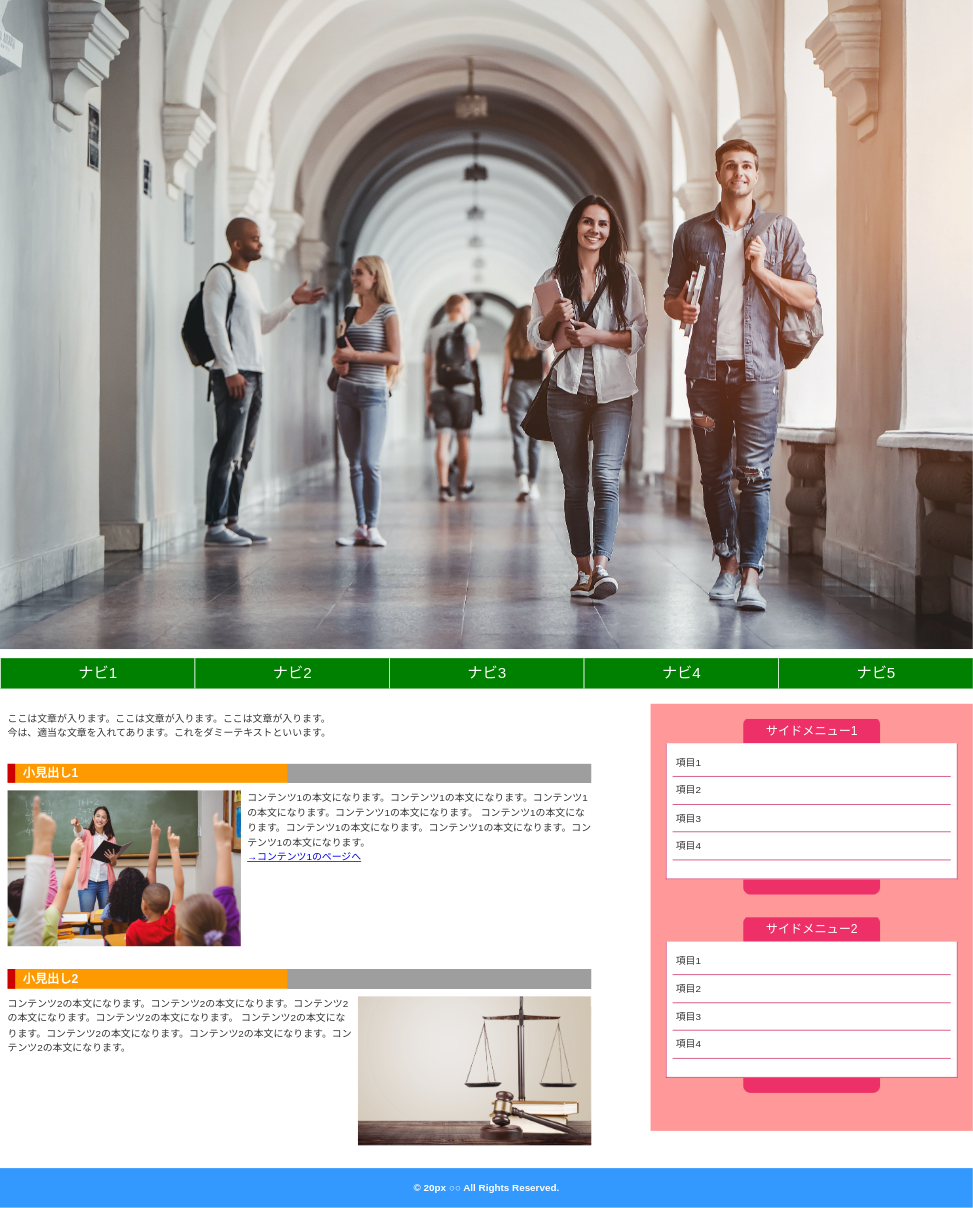
Repository: otanaoyuki/samurai_HTML-CSS
Page: home.html
The author's editor kept a record of every edit. The page is drawn from the files as they stood at one moment, then again after the next edit.
The browser window is 1280 px wide. The pictures show the whole page, at 76% of full size.
The pointer rests on the first visible `#side .box .boxBody ul li`.
Pictures or frames that could not be fetched are drawn as grey boxes.

Above is the page before.

### home.html
<!DOCTYPE html>
<html lang="ja">
    <head>
        <meta charset="UTF-8">
        <title>HTML/CSSの学習</title>
        <link rel="stylesheet" href="stylesheet.css">
    </head>
    <body>
        <div id="header">
            <h1><a href="index.html"><img id="corridor" src="images/corridor.jpg" alt="大学の廊下"/></a></h1>
        </div>
        <div id="wrapper">
            <div id="navi">
                <ul>
                    <li><a href="home.html">ナビ1</a></li>
                    <li><a href="#">ナビ2</a></li>
                    <li><a href="#">ナビ3</a></li>
                    <li><a href="#">ナビ4</a></li>
                    <li><a href="#">ナビ5</a></li>
                </ul>
            </div>
            <div id="container">
                <div id="main">
                    <div class="post">
                        <p>ここは文章が入ります。ここは文章が入ります。ここは文章が入ります。<br />今は、適当な文章を入れてあります。これをダミーテキストといいます。</p>
                    </div>
                    <div class="post clearfix">
                        <h2>小見出し1</h2>
                        <img class="left" src="images/classroom.jpg" alt="授業風景" />
                        <p>
                            コンテンツ1の本文になります。コンテンツ1の本文になります。コンテンツ1の本文になります。コンテンツ1の本文になります。
                            コンテンツ1の本文になります。コンテンツ1の本文になります。コンテンツ1の本文になります。コンテンツ1の本文になります。
                        </p>
                        <p><a href="#">→コンテンツ1のページへ</a></p>
                    </div>
                    <div class="post clearfix">
                        <h2>小見出し2</h2>
                        <img class="right" src="images/scale.jpg" alt="天秤" />
                            <p>
                                コンテンツ2の本文になります。コンテンツ2の本文になります。コンテンツ2の本文になります。コンテンツ2の本文になります。
                                コンテンツ2の本文になります。コンテンツ2の本文になります。コンテンツ2の本文になります。コンテンツ2の本文になります。
                            </p>
                    </div>
                </div>
                <div id="side">
                    <div class="box">
                        <h2>サイドメニュー1</h2>
                        <div class ="boxBody">
                            <ul>
                                <li>項目1</li>
                                <li>項目2</li>
                                <li>項目3</li>
                                <li>項目4</li>
                            </ul>
                        </div>
                    </div>
                    <div class="box">
                        <h2>サイドメニュー2</h2>
                        <div class="boxBody">
                            <ul>
                                <li>項目1</li>
                                <li>項目2</li>
                                <li>項目3</li>
                                <li>項目4</li>
                            </ul>
                        </div>
                    </div>
                </div>
            </div>
        </div>
        <div id="footer">
            <p>&copy; 20px ○○ All Rights Reserved.</p>
        </div>
    </body>
</html>

### stylesheet.css
@charset "utf-8";

body {
	margin: 0;
	padding: 0;
	font-family: "ヒラギノ角ゴ Pro W3", "Hiragino Kaku Gothic Pro", "メイリオ", Meiryo, Osaka, "ＭＳ Ｐゴシック", "MS PGothic", sans-serif;
	color: #333;
	font-size: 13px;
	line-height: 150%;
}

/* -------------------- wrapper -------------------- */
#wrapper {
    width: 100%;
    margin: auto;
    padding: 0px;
    border: 0px;
    background-color: #FFF;
    top: 10px;
    position: relative;
}

/* -------------------- header -------------------- */
#header {
	width: 100%;
}
#header h1 {
	margin: 0;
	padding: 0;
}

#corridor {
	width: 100%;
	height: auto;
}

/* -------------------- footer -------------------- */
#footer{
    clear:both;
    width:100%;
    padding:3px 0 3px 0;
    background-color:#39f;
    color:#fff;
    font-weight:bold;
    text-align:center;
}

/* -------------------- nav -------------------- */
#navi{
    width:100%;
}
#navi ul{
    margin:0;
    padding:0;
    list-style-type:none;
}
#navi ul li{
    float:left;
    width:20%;
    text-align:center;
}
#navi ul li a{
    display:block;
    height:20px;
    margin:0;
    padding:10px;
    color:#fff;
    font-size:20px;
    text-decoration: none;
    background-color: green;
    border-left:1px solid white;
}

#nav ul li a:hover{
    filter:drop-shadow(10px 10px 10px black);
}
/* -------------------- container -------------------- */
#container{
    width:100%;
    margin:auto;
    padding:auto;
    padding-top:20px;
    clear:both;
}
 /* -------------------- main -------------------- */
#main{
    float: left;
    width:60%;
    padding:10px 30px 10px 10px;
 }
#main h2{
    margin:0 0 10px 0;
    padding:3px 10px 3px 10px;
    color:#fff;
    font-size:16px;
    border-left:solid 10px #c00;
    background: #f90 url(../images/main_h2.jpg) right top repeat-y;
}
#main p{
    margin:0;
    padding:0;
}
#main .post{
    margin:0 0 30px 0;
}
#main .post img.right{
    margin:0 0 0 8px;
}
#main .post img.left{
    margin:0 8px 0 0;
}
.right{
    float:right;
    width:40%;
    height:auto;
}
.left{
    float:left;
    width:40%;
    height:auto;
}
/* -------------------- clearfix -------------------- */
.clearfix {
    zoom: 1;
}
.clearfix:after{
    content: "";
    display: block;
    clear: both;
}

/* -------------------- side -------------------- */
#side {
	float: right;
	width: 30%;
	padding: 20px;
	background-color: #F99;
}
#side .box {
	margin: 0 auto 30px auto;
	padding: 0 0 20px 0;
	background: url(images/side_box.png) bottom no-repeat;
}
#side .box h2 {
	margin: 0;
	padding: 8px;
	text-align: center;
	color: #fff;
	font-size: 16px;
	line-height: 16px;
	font-weight: normal;
	background: url(images/side_box_h2.png) center no-repeat;
}
#side .box .boxBody {
	padding: 8px;
	border-right: solid 1px #C36;
	border-bottom: solid 1px #C36;
	border-left: solid 1px #C36;
	background: #fff;
}
#side .box .boxBody ul {
	margin: 0 0 16px 0;
	padding: 0;
}
#side .box .boxBody ul li {
	padding: 8px 0 8px 4px;
	list-style: none;
	border-bottom: solid 1px #C36;
}

After the next edit:
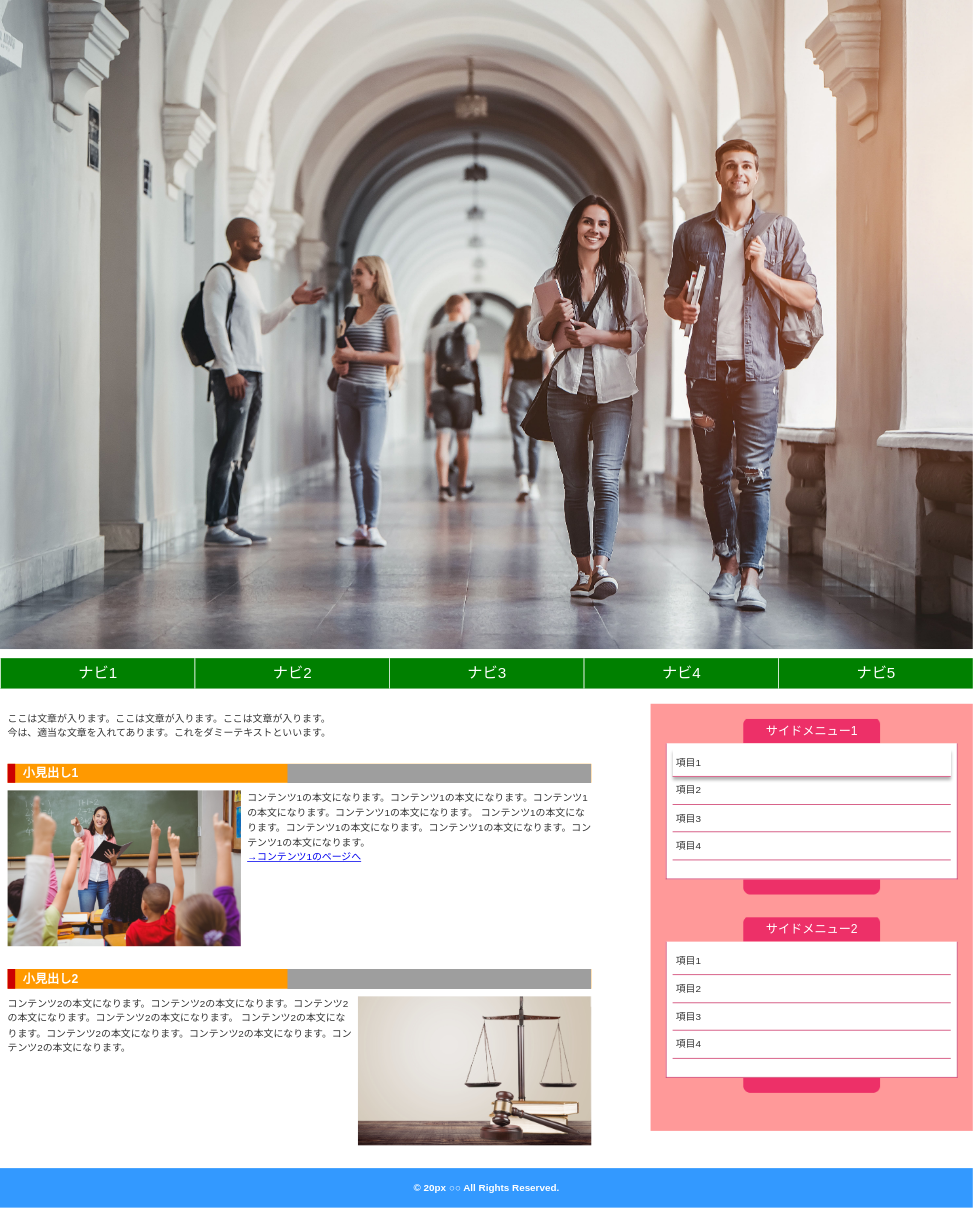
The edit:
--- a/stylesheet.css
+++ b/stylesheet.css
@@ -167,3 +167,10 @@
 	list-style: none;
 	border-bottom: solid 1px #C36;
 }
+
+#side .box .boxBody ul li:hover{
+    padding:8px 0 8px 4px;
+    list-style:none;
+    boder-bottom:solid 1px #c36;
+    box-shadow: 0px 4px 4px rgba(0,0,0,0.3);
+}
